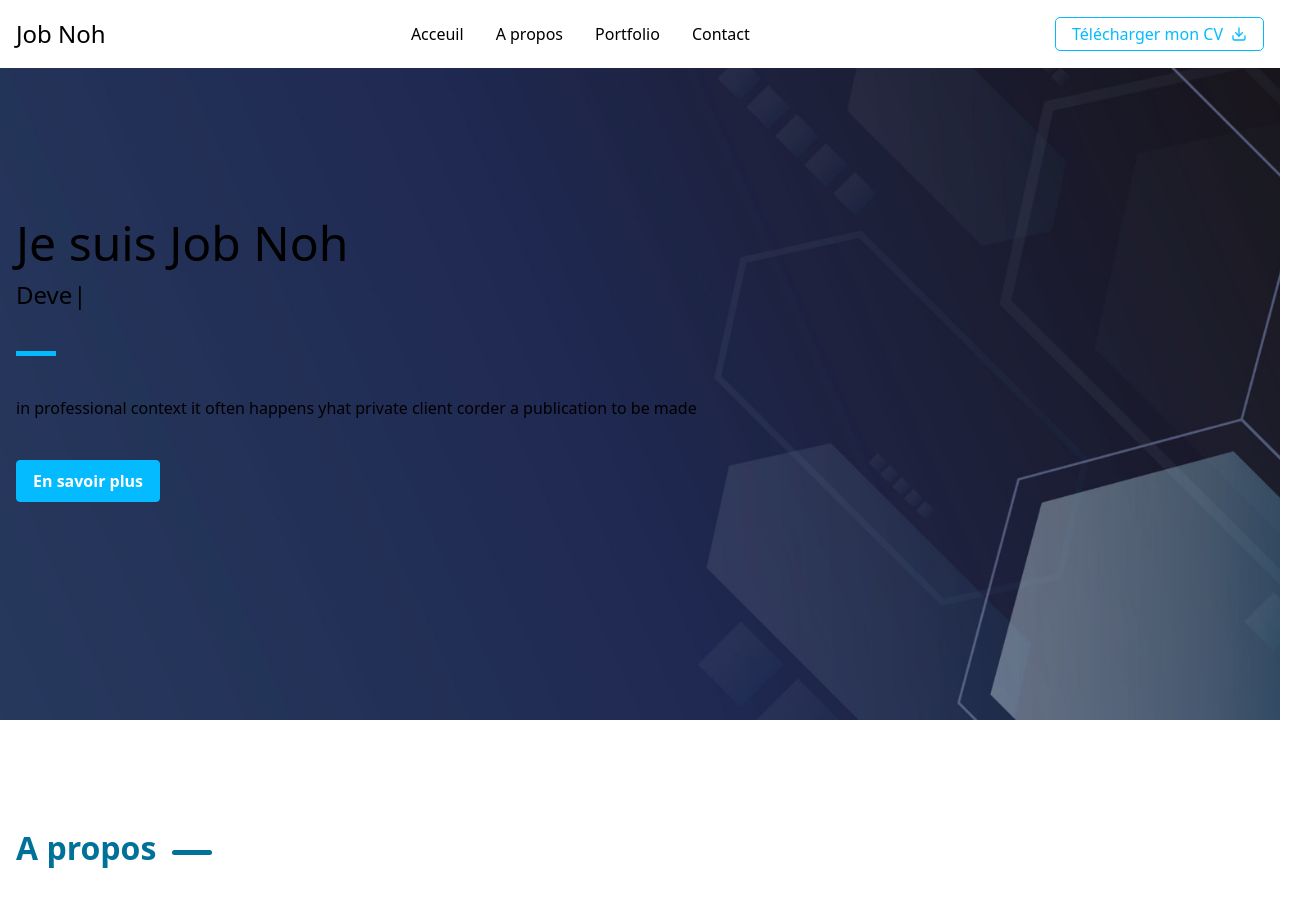
Repository: anoy1010/Nextportfolio
Page: /
The author's editor kept a copy of each file at every save. The page is drawn from the files as they stood at one save, then again after the next save.
The browser window is 1280 px wide. The page is 1296 px wide, so the pictures cover 1296 px, including what lies to the right of the window. The pictures show the part of the page from y = 0 to 924 px (the page is 4082 px tall).
Backgrounds fixed to the window are drawn as part of the page. The project was rebuilt for these pictures with package versions that can differ from the ones it lists, and the page was loaded fresh each time. The framework's server and built-in components were replaced by stand-ins that run in the browser. Also part of the build but not shown: next.config.js, styles/Home.module.css.

Above is the page before, as saved 2023-03-07 15:45:29.

After the next save:
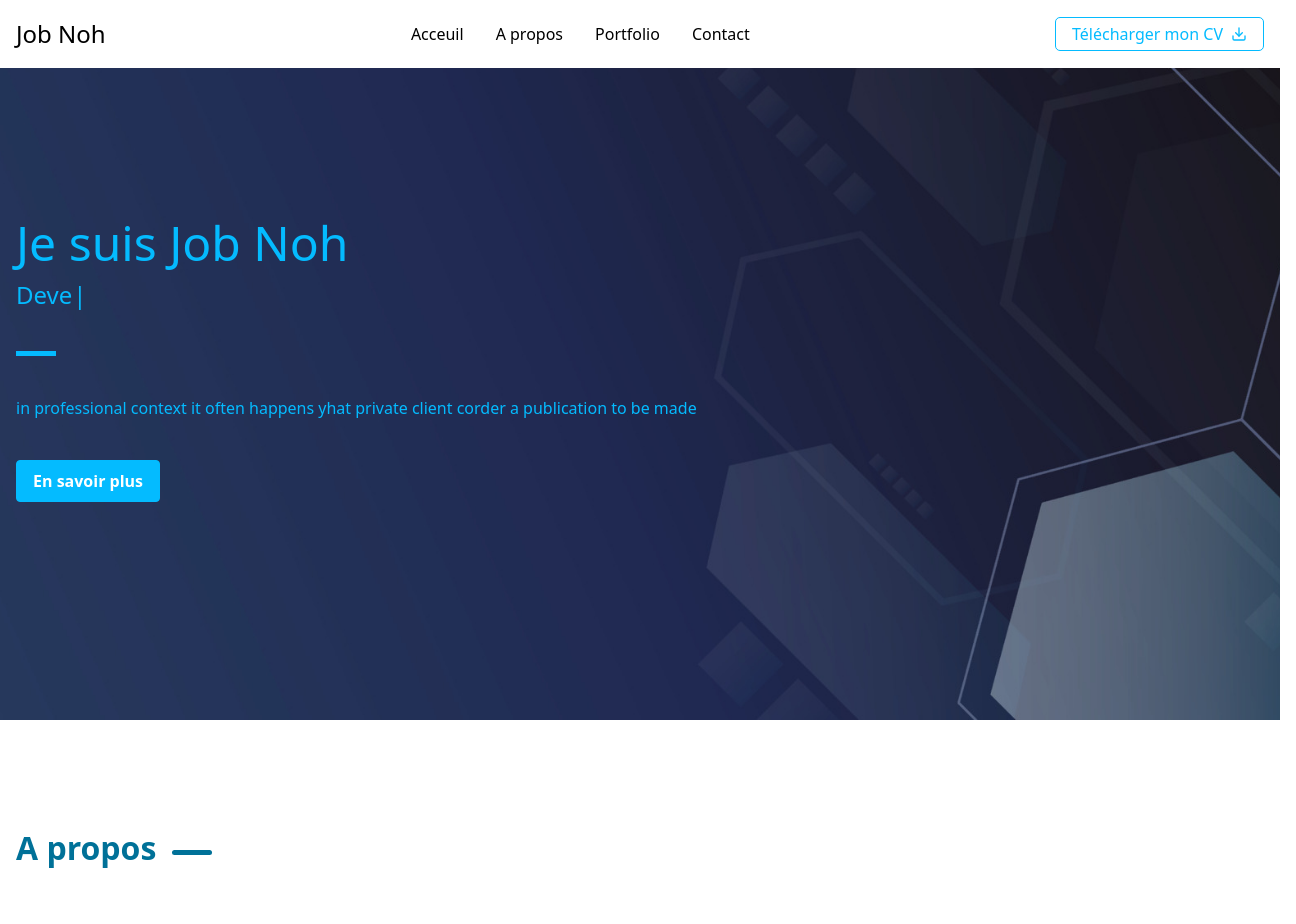
Saved 9 s later.
--- a/components/Hero.js
+++ b/components/Hero.js
@@ -7,7 +7,7 @@ const Hero = () => {
   return (
     <div className='bg-[url("/bg3.jpg")] h-screen bg-cover bg-center bg-fixed flex items-center'>
         <div className='container mx-auto px-4'>
-            <div className='max-x-[450px] text-[#04bbff]] flex flex-col gap-[40px]'>
+            <div className='max-x-[450px] text-[#04bbff] flex flex-col gap-[40px]'>
                 <div>
                     <h1 className='text-5xl'>
                         Je suis Job Noh
